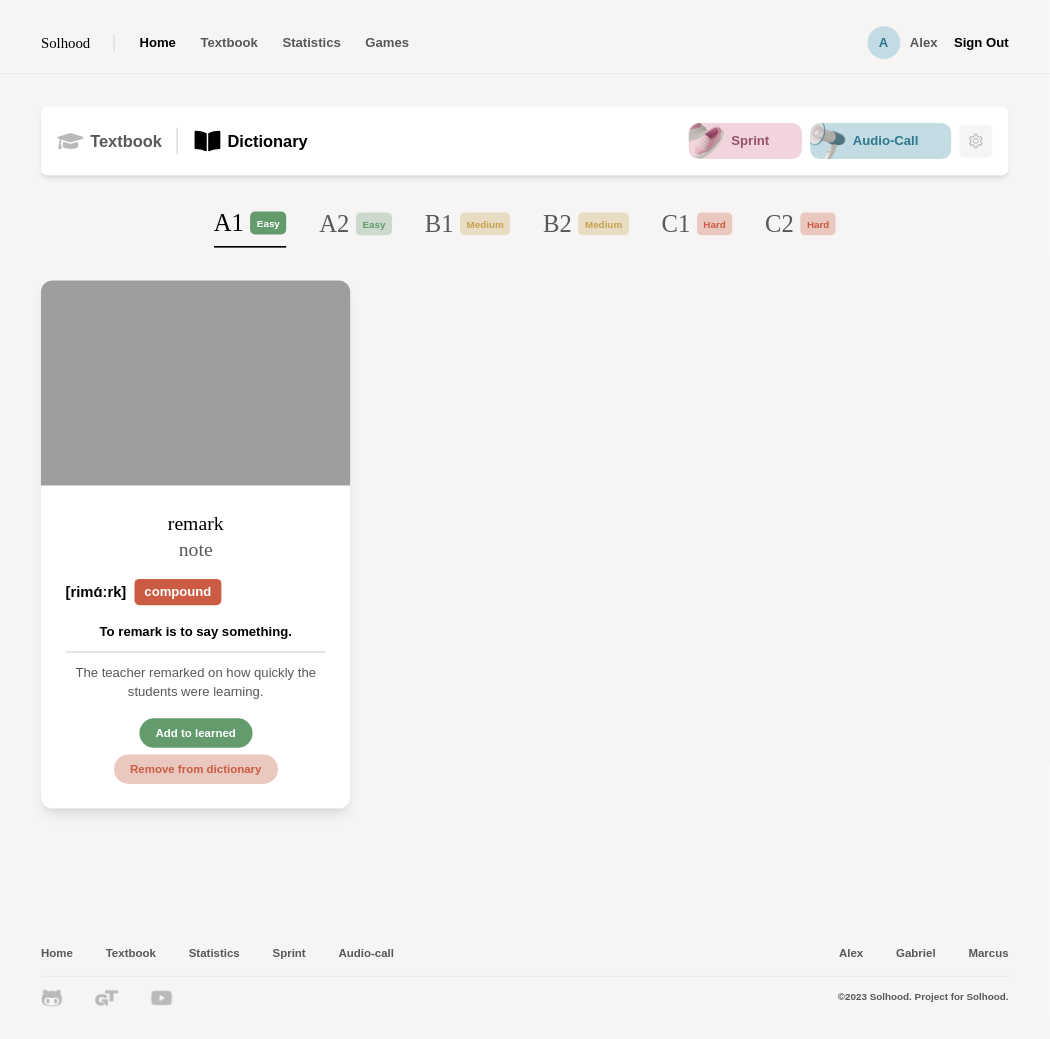
Repository: haudnn/solhood
Page: /textbook
An editor plug-in stored every save of this project. The page is shown before and after the next save, followed by the edit.
The browser window is 1280 px wide. The pictures show the whole page, at 82% of full size.
Pictures or frames that could not be fetched are drawn as grey boxes. The project was rebuilt for these pictures with package versions that can differ from the ones it lists, and the page was loaded fresh each time. Also part of the build but not shown: src/pages/Home.tsx, src/pages/sprint/Sprint.tsx, src/pages/sprint/Game.tsx, src/pages/sprint/Result.tsx, src/pages/audio/Audio.tsx, src/pages/audio/Game.tsx, src/pages/audio/Result.tsx.

Above is the page before, as saved 2023-01-06 16:35:33.

After the next save:
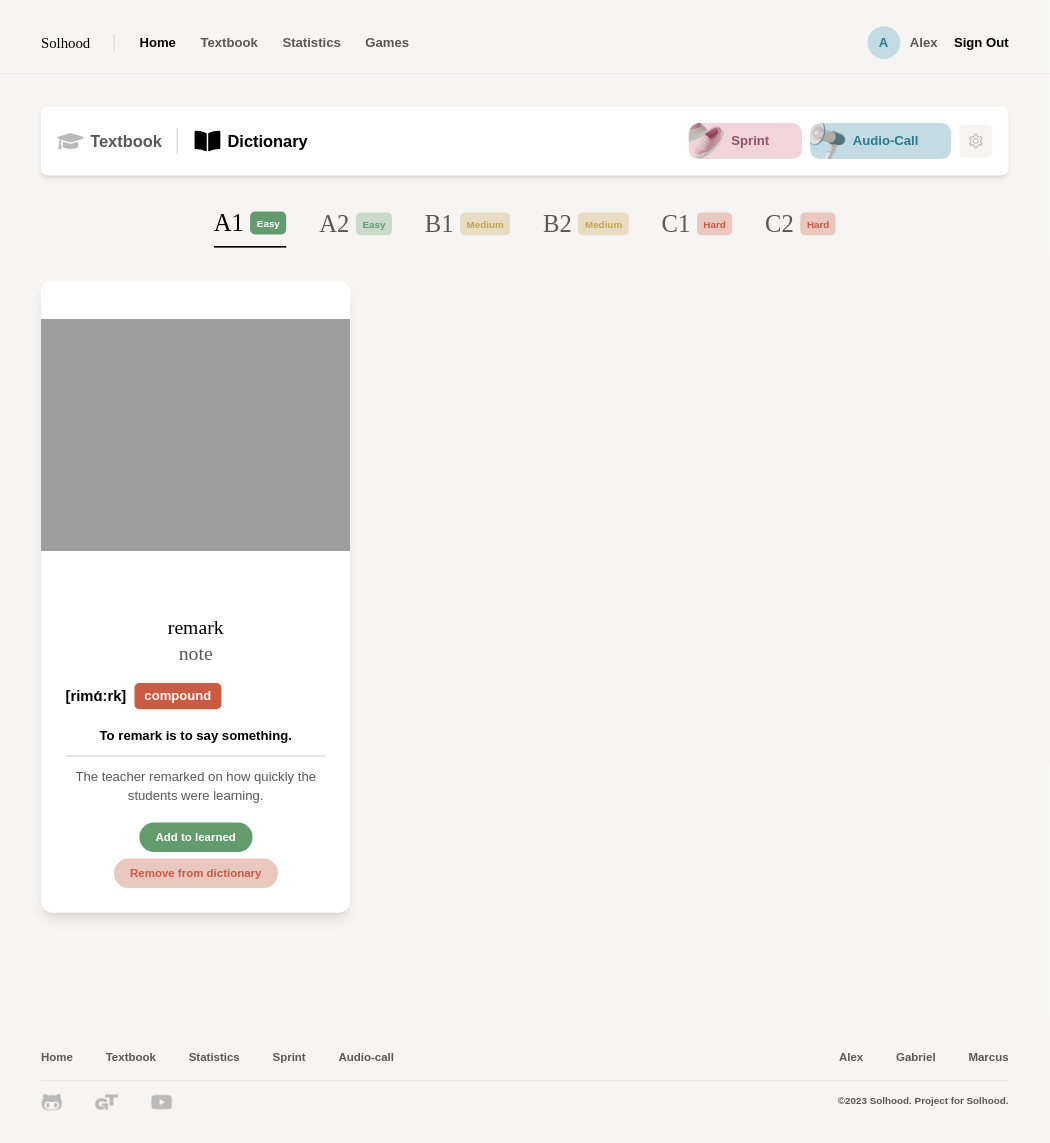
Saved 51 s later.
--- a/src/pages/textbook/TextBook.tsx
+++ b/src/pages/textbook/TextBook.tsx
@@ -184,7 +184,7 @@ const TextBook = () => {
                     style={{
                       backgroundImage: `url(${"https://cdn.britannica.com/98/235798-050-3C3BA15D/Hamburger-and-french-fries-paper-box.jpg"})`,
                     }}
-                    className="relative h-[250px] bg-center bg-no-repeat bg-cover rounded-tl-[14px] rounded-tr-[14px]"
+                    className="relative pt-[100%] bg-center bg-no-repeat bg-contain rounded-tl-[14px] rounded-tr-[14px]"
                   ></div>
                   <div className="p-[30px]">
                     <div className="text-2xl text-black font-dela">
